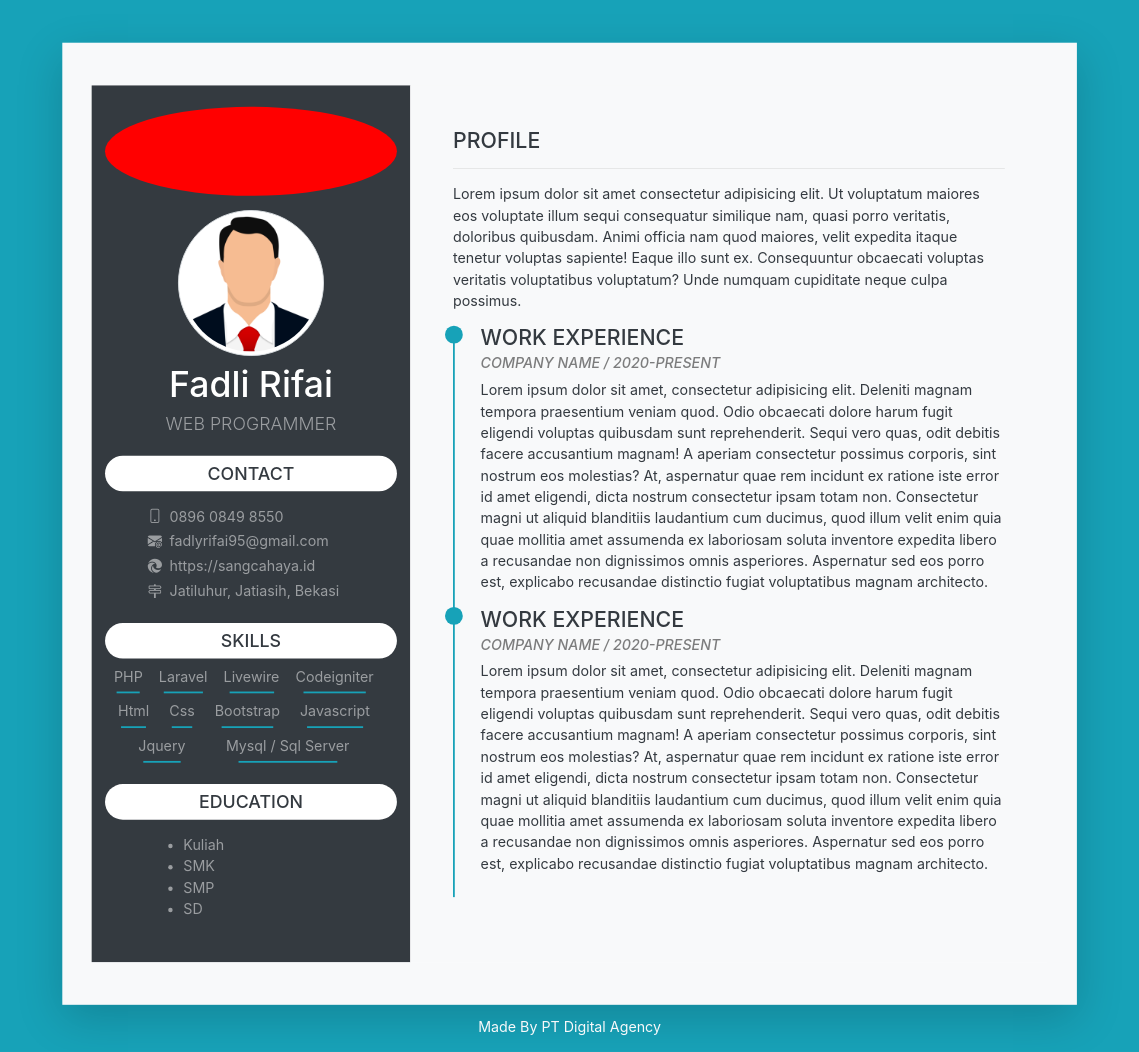
Repository: fadlyyy/fadlyyy.github.io
Page: index.html
The author's editor kept a copy of each file at every save. The page is drawn from the files as they stood at one save, then again after the next save.
The browser window is 1280 px wide. The pictures show the whole page, at 89% of full size.

Above is the page before, as saved 2024-01-31 08:47:35.

### index.html
<!DOCTYPE html>
<html lang="en">

<head>
     <!-- Required meta tags -->
     <meta charset="utf-8" />
     <meta name="viewport" content="width=device-width, initial-scale=1, shrink-to-fit=no" />

     <!-- Bootstrap CSS -->
     <link rel="stylesheet" href="https://cdn.jsdelivr.net/npm/bootstrap@4.6.2/dist/css/bootstrap.min.css"
          integrity="sha384-xOolHFLEh07PJGoPkLv1IbcEPTNtaed2xpHsD9ESMhqIYd0nLMwNLD69Npy4HI+N" crossorigin="anonymous" />

     <!-- Icon -->
     <link rel="stylesheet" href="https://cdn.jsdelivr.net/npm/bootstrap-icons@1.11.3/font/bootstrap-icons.min.css" />

     <link rel="stylesheet" href="style.css" />

     <title>Hello, world!</title>
</head>

<body class="bg-info">
     <div class="container p-5 bg-light mt-5 mb-5 shadow shadow-lg">
          <div class="row">
               <div class="col-lg-4 bg-dark text-white text-center py-4">
                    <div class="header-left">
                         <div class="kotak-image"></div>
                         <img src="img/profile.png" alt="" class="img-thumbnail rounded-circle mb-2 w-50 h-50" />
                         <h1 class="display-5">Fadli Rifai</h1>
                         <h4 class="lead text-uppercase text-white-50 mb-4">Web Programmer</h4>
                    </div>

                    <!-- general info -->
                    <div class="general-info">
                         <h5 class="text-uppercase bg-white text-dark py-2 rounded-pill">contact</h5>

                         <ul class="list-unstyled text-white-50 py-2 text-left ml-5">
                              <li class="list-item mb-1">
                                   <p>
                                        <i class="bi bi-phone mr-1"></i> 0896 0849 8550
                                   </p>
                              </li>
                              <li class="list-item mb-1 text-wrap w-75">
                                   <p>
                                        <i class="bi bi-envelope-at-fill mr-1"></i> fadlyrifai95@gmail.com
                                   </p>
                              </li>
                              <li class="list-item mb-1">
                                   <p>
                                        <i class="bi bi-browser-edge mr-1"></i> https://sangcahaya.id
                                   </p>
                              </li>
                              <li class="list-item">
                                   <i class="bi bi-signpost-2 mr-1"></i>
                                   Jatiluhur, Jatiasih, Bekasi
                              </li>
                         </ul>
                    </div>

                    <!-- skills -->
                    <div>
                         <h5 class="text-uppercase bg-white text-dark py-2 rounded-pill">skills</h5>
                         <ul class="list list-unstyled text-white-50 px-2 text-left text-capitalize list-skills">
                              <li class="list-item">PHP</li>
                              <li class="list-item">laravel</li>
                              <li class="list-item">livewire</li>
                              <li class="list-item">codeigniter</li>
                              <li class="list-item">html</li>
                              <li class="list-item">css</li>
                              <li class="list-item">bootstrap</li>
                              <li class="list-item">javascript</li>
                              <li class="list-item">jquery</li>
                              <li class="list-item">mysql / sql server</li>
                         </ul>
                    </div>

                    <!-- educations -->
                    <div>
                         <h5 class="text-uppercase bg-white text-dark py-2 rounded-pill">education</h5>
                         <ul class="list text-white-50 ml-5 py-2 text-left text-capitalize">
                              <li class="list-item">Kuliah</li>
                              <li class="list-item">SMK</li>
                              <li class="list-item">SMP</li>
                              <li class="list-item">SD</li>
                         </ul>
                    </div>
               </div>

               <div class="col-lg-8 bg-light text-dark py-5 px-5 right-side">
                    <div class="header-right">
                         <h4 class="text-uppercase">Profile</h4>
                         <hr />
                         <p>
                              Lorem ipsum dolor sit amet consectetur adipisicing elit. Ut voluptatum maiores eos
                              voluptate illum sequi consequatur similique nam, quasi porro veritatis, doloribus
                              quibusdam. Animi officia nam quod maiores, velit expedita
                              itaque tenetur voluptas sapiente! Eaque illo sunt ex. Consequuntur obcaecati voluptas
                              veritatis voluptatibus voluptatum? Unde numquam cupiditate neque culpa possimus.
                         </p>
                    </div>

                    <div class="work-experience">
                         <div class="list-work pb-3 pl-3">
                              <h4 class="text-uppercase">work experience</h4>
                              <h6 class="text-uppercase text-black-50 font-italic mt-1 mb-2">company name / 2020-present</h6>
                              <p>Lorem ipsum dolor sit amet, consectetur adipisicing elit. Deleniti magnam tempora
                                   praesentium veniam quod. Odio obcaecati dolore harum fugit eligendi voluptas
                                   quibusdam sunt reprehenderit. Sequi vero quas, odit debitis facere accusantium
                                   magnam! A aperiam consectetur possimus corporis, sint nostrum eos molestias? At,
                                   aspernatur quae rem incidunt ex ratione iste error id amet eligendi, dicta nostrum
                                   consectetur ipsam totam non. Consectetur magni ut aliquid blanditiis laudantium cum
                                   ducimus, quod illum velit enim quia quae mollitia amet assumenda ex laboriosam soluta
                                   inventore expedita libero a recusandae non dignissimos omnis asperiores. Aspernatur
                                   sed eos porro est, explicabo recusandae distinctio fugiat voluptatibus magnam
                                   architecto.</p>
                         </div>
                         <div class="list-work pb-3 pl-3">
                              <h4 class="text-uppercase">work experience</h4>
                              <h6 class="text-uppercase text-black-50 font-italic mt-1 mb-2">company name / 2020-present</h6>
                              <p>Lorem ipsum dolor sit amet, consectetur adipisicing elit. Deleniti magnam tempora
                                   praesentium veniam quod. Odio obcaecati dolore harum fugit eligendi voluptas
                                   quibusdam sunt reprehenderit. Sequi vero quas, odit debitis facere accusantium
                                   magnam! A aperiam consectetur possimus corporis, sint nostrum eos molestias? At,
                                   aspernatur quae rem incidunt ex ratione iste error id amet eligendi, dicta nostrum
                                   consectetur ipsam totam non. Consectetur magni ut aliquid blanditiis laudantium cum
                                   ducimus, quod illum velit enim quia quae mollitia amet assumenda ex laboriosam soluta
                                   inventore expedita libero a recusandae non dignissimos omnis asperiores. Aspernatur
                                   sed eos porro est, explicabo recusandae distinctio fugiat voluptatibus magnam
                                   architecto.</p>
                         </div>
                    </div>
               </div>
          </div>
     </div>
     <!-- Optional JavaScript; choose one of the two! -->

     <!-- footer -->
     <div class="footer">
          <p class="text-light text-center text-capitalize" style="margin-top: -35px;">made by PT Digital Agency</p>
     </div>

     <!-- Option 1: jQuery and Bootstrap Bundle (includes Popper) -->
     <script src="https://cdn.jsdelivr.net/npm/jquery@3.5.1/dist/jquery.slim.min.js"
          integrity="sha384-DfXdz2htPH0lsSSs5nCTpuj/zy4C+OGpamoFVy38MVBnE+IbbVYUew+OrCXaRkfj"
          crossorigin="anonymous"></script>
     <script src="https://cdn.jsdelivr.net/npm/bootstrap@4.6.2/dist/js/bootstrap.bundle.min.js"
          integrity="sha384-Fy6S3B9q64WdZWQUiU+q4/2Lc9npb8tCaSX9FK7E8HnRr0Jz8D6OP9dO5Vg3Q9ct"
          crossorigin="anonymous"></script>

     <!-- Option 2: Separate Popper and Bootstrap JS -->
     <!--
    <script src="https://cdn.jsdelivr.net/npm/jquery@3.5.1/dist/jquery.slim.min.js" integrity="sha384-DfXdz2htPH0lsSSs5nCTpuj/zy4C+OGpamoFVy38MVBnE+IbbVYUew+OrCXaRkfj" crossorigin="anonymous"></script>
    <script src="https://cdn.jsdelivr.net/npm/popper.js@1.16.1/dist/umd/popper.min.js" integrity="sha384-9/reFTGAW83EW2RDu2S0VKaIzap3H66lZH81PoYlFhbGU+6BZp6G7niu735Sk7lN" crossorigin="anonymous"></script>
    <script src="https://cdn.jsdelivr.net/npm/bootstrap@4.6.2/dist/js/bootstrap.min.js" integrity="sha384-+sLIOodYLS7CIrQpBjl+C7nPvqq+FbNUBDunl/OZv93DB7Ln/533i8e/mZXLi/P+" crossorigin="anonymous"></script>
    -->
</body>

</html>

### style.css
.general-info ul li p {
    margin: 0;
}

.header-left .kotak-image {
    width: 100%;
    height: 100px;
    border-radius: 50%;
    overflow: hidden;
    margin: auto;
    margin-bottom: 1rem;
    background-color: red;
}

.list-skills {
    display: flex;
    flex-wrap: wrap;
    justify-content: space-evenly;
    align-content: space-around;
}

.list-skills .list-item {
    margin-right: 1rem;
    padding-bottom: .5rem;
}

.list-skills .list-item::after {
    content: '';
    display: block;
    background-color: #17a2b8;
    width: 80%;
    height: 2px;
    margin: auto;
    margin-top: 5px;
}

.work-experience .list-work {
    position: relative;
    z-index: 1;
}

.work-experience .list-work h4,
.work-experience .list-work h6,
.work-experience .list-work p {
    margin: 0;
    padding: 0;
}

.work-experience .list-work h4,
.work-experience .list-work h6,
.work-experience .list-work p {
    margin-left: 15px;
}

.work-experience .list-work::before {
    content: '';
    display: block;
    position: absolute;
    width: 2px;
    top: 5px;
    bottom: -10px;
    left: 0;
    background-color: #17a2b8;
    z-index: 3;
}

.work-experience .list-work::after {
    content: '';
    display: block;
    position: absolute;
    width: 20px;
    height: 20px;
    top: 0;
    left: 0;
    background-color: #17a2b8;
    z-index: 4;
    border-radius: 50%;
    transform: translateX(-45%);
}

/* Media Query */
/* Extra Large */
@media (max-width: 1200px) {}

/* Laptop */
@media (max-width: 992px) {}

/* Tablet */
@media (max-width: 768px) {}

/* Mobile */
@media (max-width: 576px) {
    .right-side {
        padding-left: 0 !important;
        padding-right: 0 !important;
    }
}

After the next save:
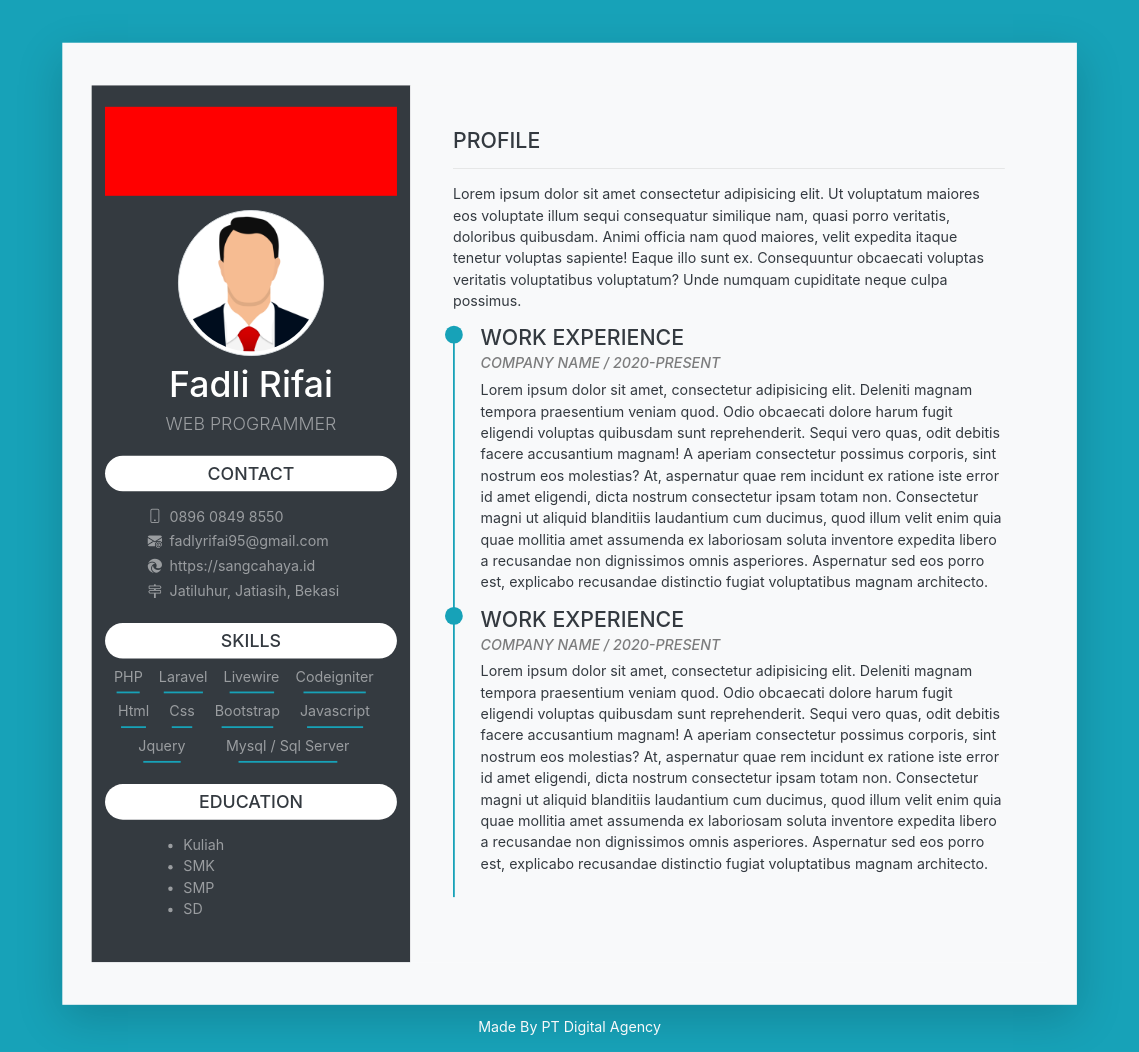
Saved 7 s later.
--- a/style.css
+++ b/style.css
@@ -5,7 +5,7 @@
 .header-left .kotak-image {
     width: 100%;
     height: 100px;
-    border-radius: 50%;
+    /* border-radius: 50%; */
     overflow: hidden;
     margin: auto;
     margin-bottom: 1rem;
